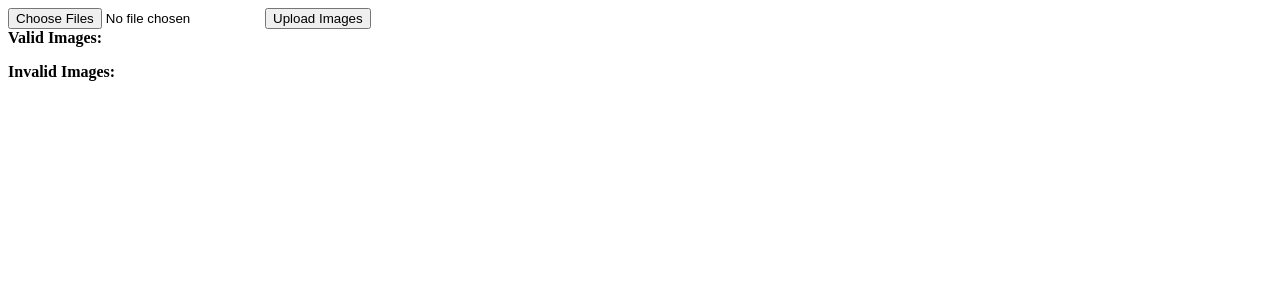
Repository: hanjangchen/Raspberry
Page: prjGAEGPSAnalysis/prjGPSAnalysis/src/static/my_ng_templates/desktop/admin_images_upload.html
These files come from the project's save history. The page is drawn as it stood at one moment and after the next save; the edit follows.
The browser window is 1280 px wide. The pictures show the whole page.

Above is the page before, as saved 2014-11-05 04:12:51.

After the next save:
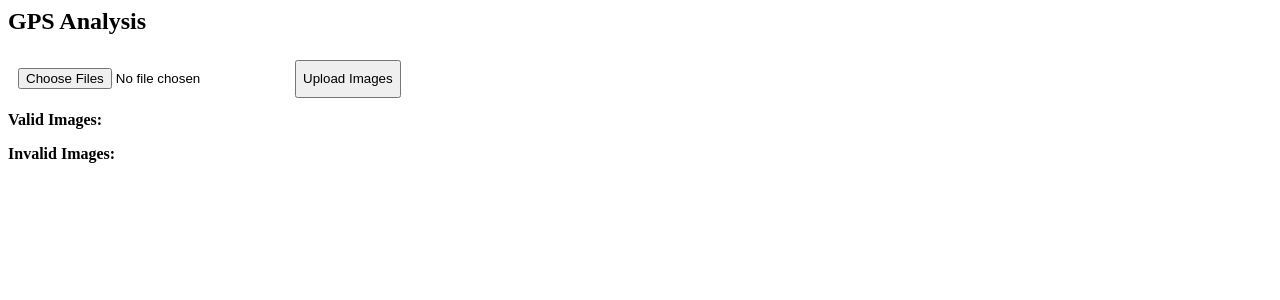
Saved 17 min 57 s later.
--- a/prjGAEGPSAnalysis/prjGPSAnalysis/src/static/my_ng_templates/desktop/admin_images_upload.html
+++ b/prjGAEGPSAnalysis/prjGPSAnalysis/src/static/my_ng_templates/desktop/admin_images_upload.html
@@ -1,41 +1,57 @@
+<div>
+	<h2>GPS Analysis</h2>
+</div>
 
-<div class="row">
-	<!-- left buffer -->
-	<div class="col-xs-1 col-sm-1 col-md-1 col-lg-1 "></div>
-	<div class="col-xs-10 col-sm-10 col-md-10 col-lg-10 text-center">
-		<!-- upload images -->
-		<div class="col-xs-12 col-sm-12 col-md-12 col-lg-12 text-center">
-			<div class="btn-group">
-				<input type="file" id="images_for_upload" multiple="true"
-					accept="image/*" required="required" class=" btn btn-default ">
-				<input type="button" value="Upload Images" id="btn_upload"
-					ng-click="ctrl.upload_img_to_blobstore()" class=" btn btn-default ">
+<!-- content block -->
+<style>
+<!--
+.btn-default{
+	height: 38px !important;
+	margin: 5px 10px;
+}
+-->
+</style>
+<div class="container-fluid" ng-controller="myIndexTwoCtrl as ctrl">
+	<div class="row">
+		<!-- left buffer -->
+		<div class="col-xs-1 col-sm-1 col-md-1 col-lg-1 "></div>
+		<div class="col-xs-10 col-sm-10 col-md-10 col-lg-10 text-center">
+			<!-- upload images -->
+			<div
+				class="col-xs-12 col-sm-12 col-md-12 col-lg-12 text-center">
+				<div class="btn-group">
+					<input type="file" id="images_for_upload" multiple="true"
+						accept="image/*" required="required" class=" btn btn-default ">
+					<input type="button" value="Upload Images" id="btn_upload"
+						ng-click="ctrl.upload_img_to_blobstore()"
+						class=" btn btn-default ">
+				</div>
+			</div>
+
+			<!-- uploading files list -->
+			<div class="col-xs-12 col-sm-12 col-md-12 col-lg-12">
+				<div
+					class="list-control col-xs-6 col-sm-6 col-md-6 col-lg-6 text-center">
+					<strong>Valid Images:</strong>
+					<ul id="valid_files_list" class="list-group">
+					</ul>
+				</div>
+				<div
+					class="list-control col-xs-6 col-sm-6 col-md-6 col-lg-6 text-center">
+					<strong>Invalid Images:</strong>
+					<ul id="invalid_files_list" class="list-group">
+					</ul>
+				</div>
+			</div>
+
+			<!-- response photos list -->
+			<div class="col-xs-12 col-sm-12 col-md-12 col-lg-12 ">
+				<table id="photo_table" class="table table-striped">
+				</table>
 			</div>
 		</div>
 
-		<!-- uploading files list -->
-		<div class="col-xs-12 col-sm-12 col-md-12 col-lg-12">
-			<div
-				class="list-control col-xs-6 col-sm-6 col-md-6 col-lg-6 text-center">
-				<strong>Valid Images:</strong>
-				<ul id="valid_files_list" class="list-group">
-				</ul>
-			</div>
-			<div
-				class="list-control col-xs-6 col-sm-6 col-md-6 col-lg-6 text-center">
-				<strong>Invalid Images:</strong>
-				<ul id="invalid_files_list" class="list-group">
-				</ul>
-			</div>
-		</div>
-
-		<!-- response photos list -->
-		<div class="col-xs-12 col-sm-12 col-md-12 col-lg-12 ">
-			<table id="photo_table" class="table table-striped">
-			</table>
-		</div>
+		<!-- right buffer -->
+		<div class="col-xs-1 col-sm-1 col-md-1 col-lg-1"></div>
 	</div>
-
-	<!-- right buffer -->
-	<div class="col-xs-1 col-sm-1 col-md-1 col-lg-1"></div>
 </div>
